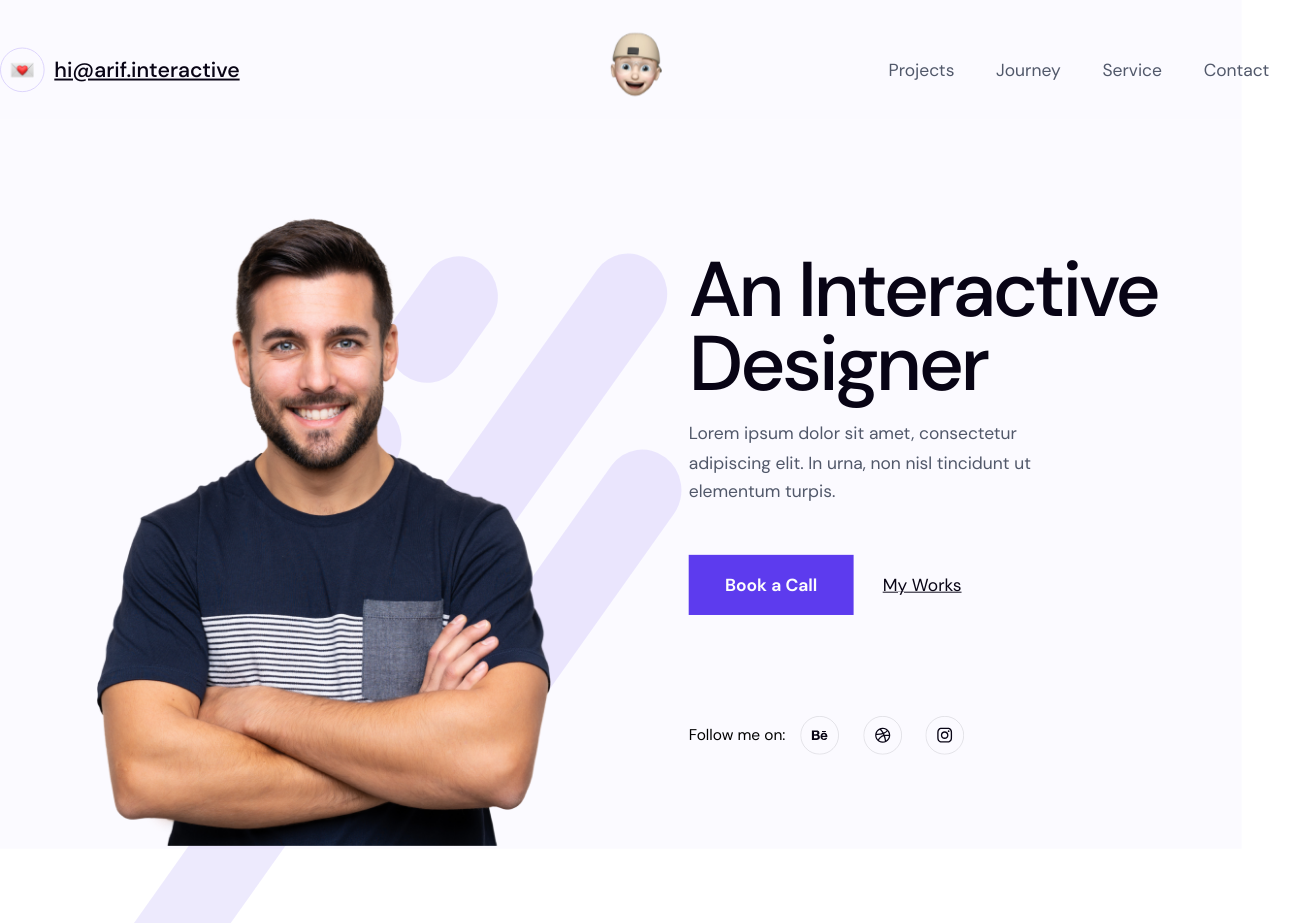
Repository: trantangtuan/project-06-grid-system12column-demo
Page: index.html
These files come from the project's save history. The page is drawn as it stood at one moment and after the next save; the edit follows.
The browser window is 1280 px wide. The page is 1330 px wide, so the pictures cover 1330 px, including what lies to the right of the window. The pictures show the whole page, at 97% of full size.

Above is the page before, as saved 2024-07-13 20:52:10.

After the next save:
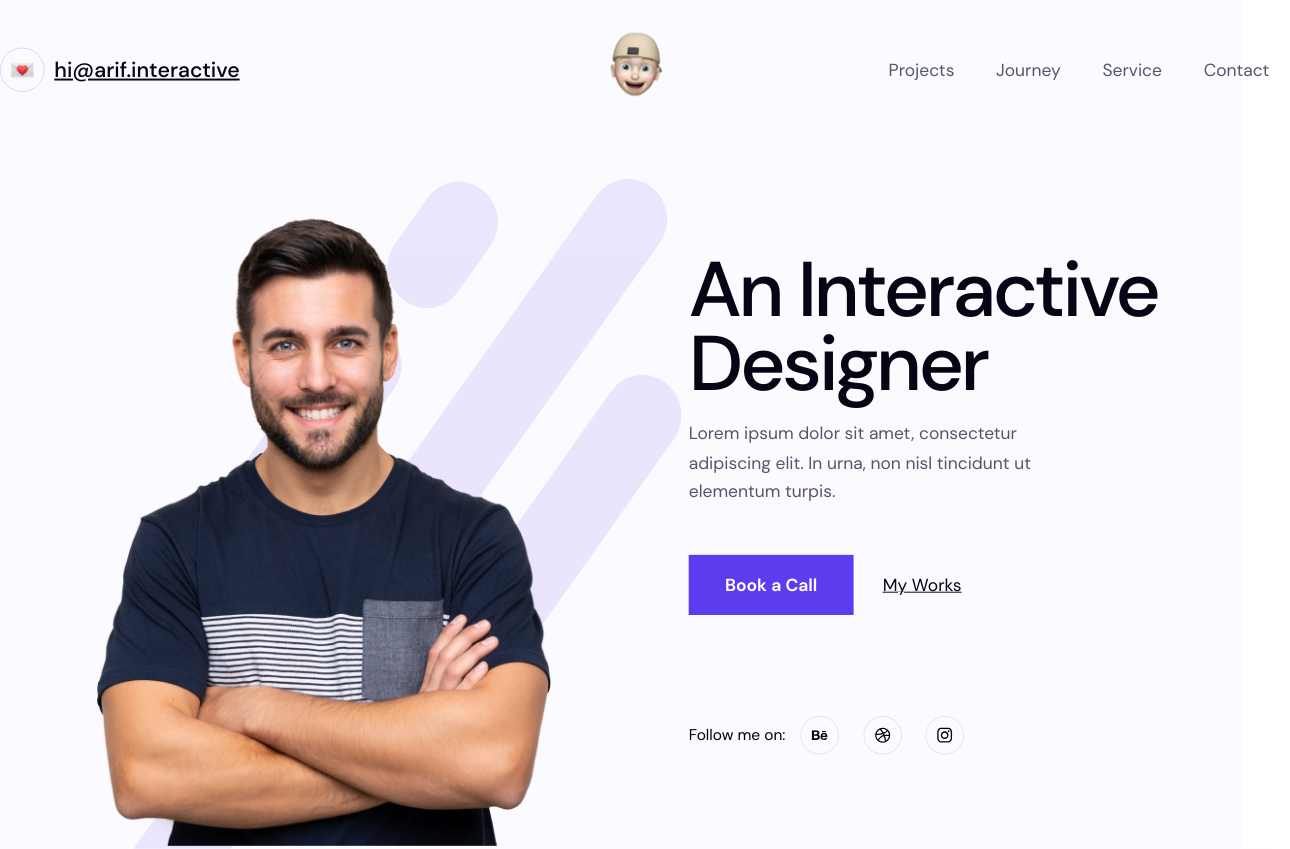
Saved 42 s later.
--- a/assets/css/style.css
+++ b/assets/css/style.css
@@ -120,8 +120,7 @@ a {
 
 .group-rectangle__left {
   position: absolute;
-
-  overflow: hidden;
+  bottom: 0;
 }
 
 .hero > .container {
